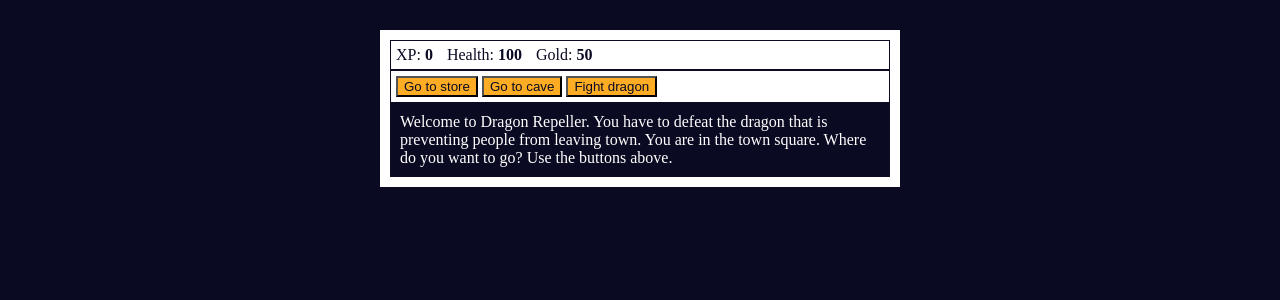
Repository: Lungdjos/role_playing_game
Page: index.html
An editor plug-in stored every save of this project. The page is shown before and after a run of saves, followed by the edit.
The browser window is 1280 px wide. The pictures show the whole page.

Above is the page before, as saved 2024-02-07 08:49:02.

### index.html
<!DOCTYPE html>
<html lang="en">

<head>
    <meta charset="UTF-8">
    <meta name="viewport" content="width=device-width, initial-scale=1.0">
    <title>RPG - Dragon Repeller</title>
    <link rel="stylesheet" href="./styles.css">

</head>

<body>
    <div id="game">
        <div id="stats">
            <span class="stat">XP: <strong><span id="xpText">0</span></strong>
            </span>
            <span class="stat">Health: <strong><span id="healthText">100</span></strong>
            </span>
            <span class="stat">Gold: <strong><span id="goldText">50</span></strong>
            </span>
        </div>
        <div id="controls">
            <button id="button1">Go to store</button>
            <button id="button2">Go to cave</button>
            <button id="button3">Fight dragon</button>
        </div>
        <div id="monsterStats">
            <span class="stat">
                Monster Name: <strong><span id="monsterName"></span></strong>
            </span>
            <span class="stat">
                Health: <strong><span id="monsterHealth"></span></strong>
            </span>
        </div>
        <div id="text">
            Welcome to Dragon Repeller. You have to defeat the dragon that is preventing people from leaving town. You are in the town square. Where do you want to go? Use the buttons above.
        </div>
    </div>

    <!-- JavaScript files -->
    <script src="./script.js"></script>
</body>

</html>

### styles.css
/** Main CSS */

body {
    background-color: #0a0a23;
}


/* text styling */

#text {
    background-color: #0a0a23;
    color: #fff;
    padding: 10px;
}


/* game styling */

#game {
    background-color: #fff;
    color: #fff;
    max-width: 500px;
    max-height: 400px;
    margin: 30px auto 0 auto;
    padding: 10px;
}


/* stats and controls styling */

#controls,
#stats {
    border: 1px solid #0a0a23;
    color: #0a0a23;
    padding: 5px;
}

.stat {
    padding-right: 10px;
}


/* monster stats styling */

#monsterStats {
    border: 1px solid #0a0a23;
    padding: 5px;
    color: #fff;
    background-color: #c70d0d;
    display: none;
}


/* styling for buttons */

button {
    cursor: pointer;
    color: #0a0a23;
    background-color: #feac23;
}

### script.js
/**
 * Main JavaScript
 */

'use strict';

// variables
let xp = 0;
let health = 100;
let gold = 50;
let currentWeapon = 0;
let fighting;
let monsterHealth;
let inventory = ['stick'];

// query selectors
const button1 = document.querySelector('#button1');
const button2 = document.querySelector('#button2');
const button3 = document.querySelector('#button3');

After the next 4 saves:
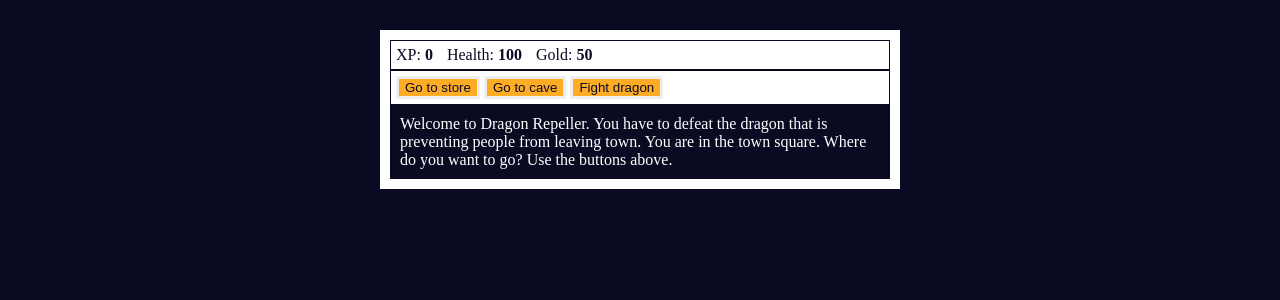
The 4 saves are shown as one change because they came seconds apart.
The last was saved 15 s later.
--- a/styles.css
+++ b/styles.css
@@ -57,4 +57,5 @@ button {
     cursor: pointer;
     color: #0a0a23;
     background-color: #feac23;
+    border: 3px solid #eee;
 }
